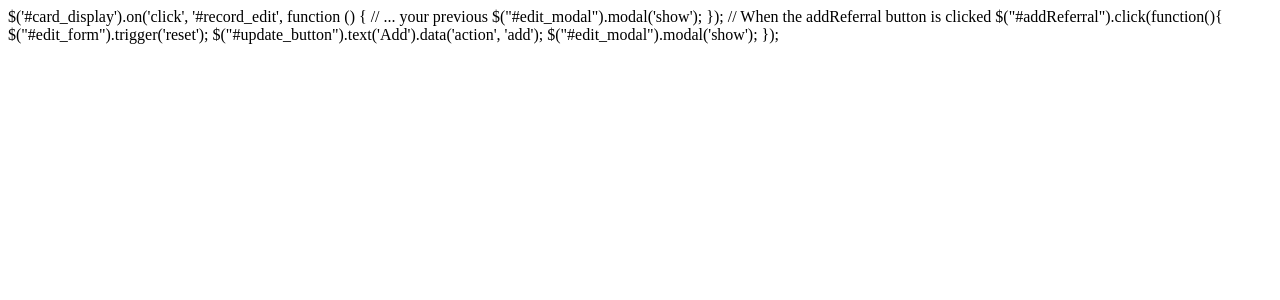
Repository: gyasis/Referral_Bank
Page: testscript.html
These files come from the project's save history. The page is drawn as it stood at one moment and after the next save; the edit follows.
The browser window is 1280 px wide. The pictures show the whole page.

Above is the page before, as saved 2023-07-24 07:26:47.

### testscript.html
$('#card_display').on('click', '#record_edit', function () { // ... your previous $("#edit_modal").modal('show'); }); // When the addReferral button is clicked $("#addReferral").click(function(){ $("#edit_form").trigger('reset'); $("#update_button").text('Add').data('action',
'add'); $("#edit_modal").modal('show'); });

After the next save:
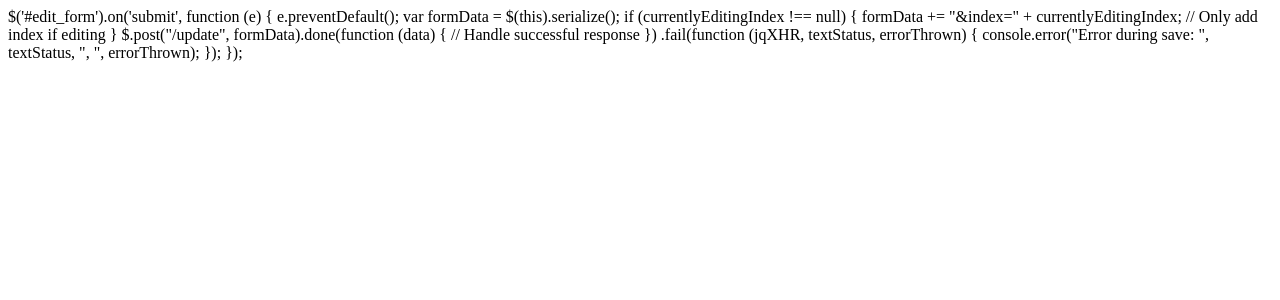
Saved 1 s later.
--- a/testscript.html
+++ b/testscript.html
@@ -1,2 +1,2 @@
-$('#card_display').on('click', '#record_edit', function () { // ... your previous $("#edit_modal").modal('show'); }); // When the addReferral button is clicked $("#addReferral").click(function(){ $("#edit_form").trigger('reset'); $("#update_button").text('Add').data('action',
-'add'); $("#edit_modal").modal('show'); });
+$('#edit_form').on('submit', function (e) { e.preventDefault(); var formData = $(this).serialize(); if (currentlyEditingIndex !== null) { formData += "&index=" + currentlyEditingIndex; // Only add index if editing } $.post("/update", formData).done(function
+(data) { // Handle successful response }) .fail(function (jqXHR, textStatus, errorThrown) { console.error("Error during save: ", textStatus, ", ", errorThrown); }); });
